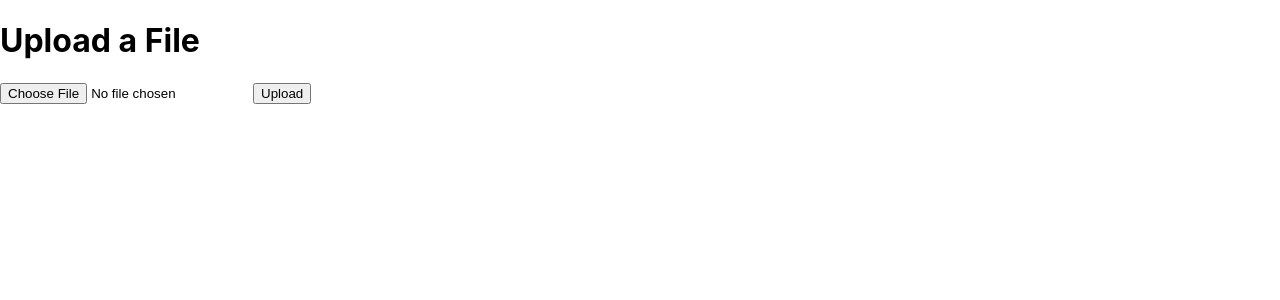
Repository: WafulaLukorito/flagged-Frontend
Page: /
The author's editor kept a copy of each file at every save. The page is drawn from the files as they stood at one save, then again after the next save.
The browser window is 1280 px wide. The pictures show the whole page.
The project was rebuilt for these pictures with package versions that can differ from the ones it lists, and the page was loaded fresh each time.

Above is the page before, as saved 2024-01-20 21:23:02.

### src/App.js

// import './App.css';
import FileUpload from './components/FileUpload';

function App() {
  return (
    <div className="App">
      <header className="App-header">
      </header>
      <h1>Upload a File</h1>
<FileUpload/>

    </div>
  );
}

export default App;

### src/components/FileUpload.js
import React, { useState } from 'react';

function FileUpload() {
    const [selectedFile, setSelectedFile] = useState(null);
    const [uploadResponse, setUploadResponse] = useState(null);

    const handleFileChange = (event) => {
        setSelectedFile(event.target.files[0]);
    };

    const handleUpload = async () => {
        if (!selectedFile) {
            alert('Please select a file to upload');
            return;
        }

        const formData = new FormData();
        formData.append('file', selectedFile);

        try {
            const response = await fetch('http://localhost:8070/api/words/upload', {
                method: 'POST',
                body: formData,
            });

            if (response.ok) {
                const data = await response.json();
                setUploadResponse(data);
                alert('File uploaded successfully');
            } else {
                alert('File upload failed');
            }
        } catch (error) {
            console.error('Error:', error);
            alert('Error uploading file');
        }
    };

    return (
        <div>
            <input type="file" onChange={handleFileChange} />
            <button onClick={handleUpload}>Upload</button>

            {uploadResponse && (
                <div>
                    <h3>Upload Response:</h3>
                    <p>Status: {uploadResponse.status}</p>
                    <p>File Name: {uploadResponse.fileName}</p>
                    <p>Upload Date: {uploadResponse.uploadDate}</p>
                    <p>Contents:</p>
                    <textarea value={uploadResponse.contents} readOnly />
                </div>
            )}
        </div>
    );
}

export default FileUpload;

### src/components/FileUpload.css
/* FileUpload.css */
.file-upload-container {
    max-width: 500px;
    margin: 20px auto;
    padding: 20px;
    border: 1px solid #ddd;
    border-radius: 8px;
    text-align: center;
}

.file-upload-input {
    margin-bottom: 10px;
}

.file-upload-response {
    margin-top: 20px;
    text-align: left;
}

.file-upload-response textarea {
    width: 100%;
    height: 100px;
    padding: 10px;
    border-radius: 4px;
    border: 1px solid #ccc;
    resize: none;
}

.file-upload-button {
    background-color: #4CAF50;
    color: white;
    padding: 10px 20px;
    border: none;
    border-radius: 4px;
    cursor: pointer;
}

.file-upload-button:hover {
    background-color: #45a049;
}

Loaded but not shown: public/index.html (common file); src/index.js (common file); src/index.css (common file); src/reportWebVitals.js (common file)

After the next save:
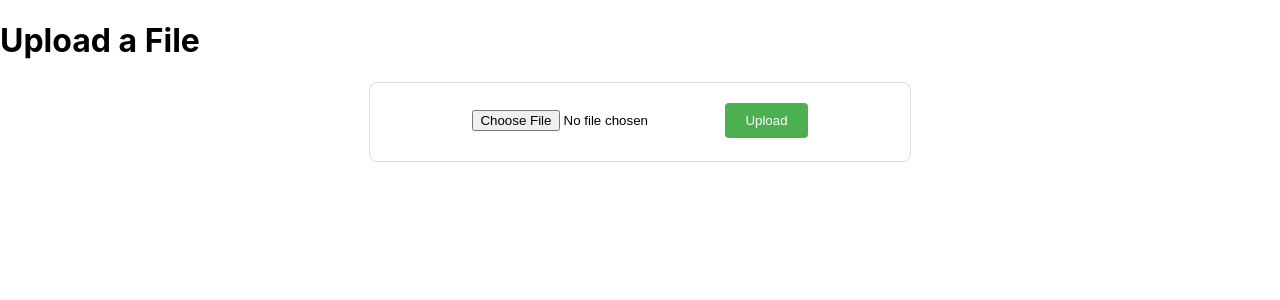
Saved 106 s later.
--- a/src/components/FileUpload.js
+++ b/src/components/FileUpload.js
@@ -1,4 +1,6 @@
 import React, { useState } from 'react';
+import './FileUpload.css';
+
 
 function FileUpload() {
     const [selectedFile, setSelectedFile] = useState(null);
@@ -37,12 +39,12 @@ function FileUpload() {
     };
 
     return (
-        <div>
-            <input type="file" onChange={handleFileChange} />
-            <button onClick={handleUpload}>Upload</button>
+        <div className="file-upload-container">
+            <input type="file" onChange={handleFileChange} className="file-upload-input" />
+            <button onClick={handleUpload} className="file-upload-button">Upload</button>
 
             {uploadResponse && (
-                <div>
+                <div className="file-upload-response">
                     <h3>Upload Response:</h3>
                     <p>Status: {uploadResponse.status}</p>
                     <p>File Name: {uploadResponse.fileName}</p>
